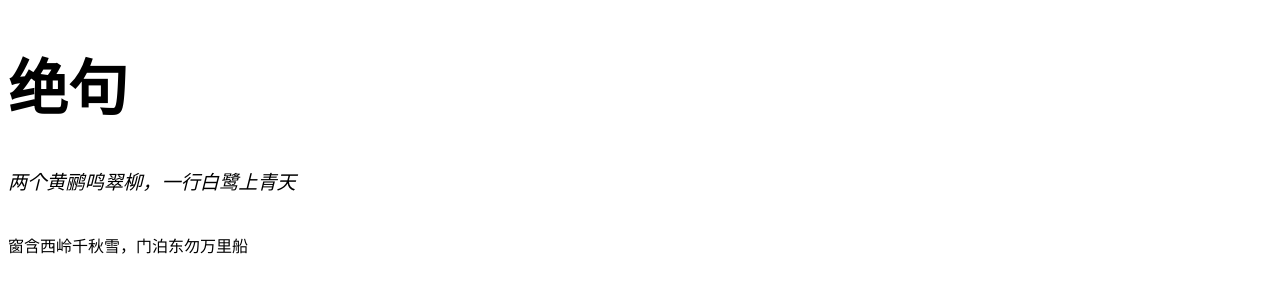
Repository: ljx1197678031/Wed-Design
Page: 01/3.html
An editor plug-in stored every save of this project. The page is shown before and after the next save, followed by the edit.
The browser window is 1280 px wide. The pictures show the whole page.

Above is the page before, as saved 2020-05-30 14:41:10.

### 01/3.html
<!DOCTYPE html>
<html lang="en">
<head>
    <meta charset="UTF-8">
    <meta name="viewport" content="width=device-width, initial-scale=1.0">
    <title>Document</title>
    <style>
        h1{
            font-family: "仿宋";
            font-size: 60px;
        }
        p{
            font-family: "微软雅黑";
            font-size: larger;
            font-style: italic;
            font-weight: ;
        }
    </style>
</head>
<body>
    <h1>绝句</h1>
    <p>两个黄鹂鸣翠柳，一行白鹭上青天</p>
    <br/>窗含西岭千秋雪，门泊东勿万里船
    </p>
</body>
</html>

After the next save:
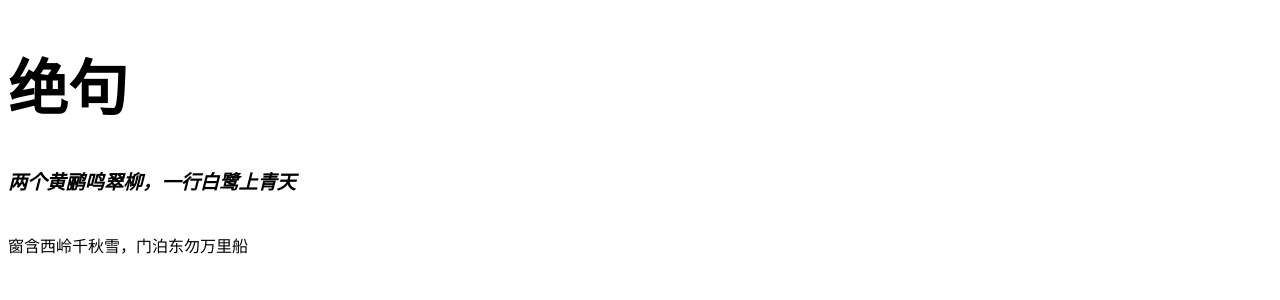
Saved 5 s later.
--- a/01/3.html
+++ b/01/3.html
@@ -13,7 +13,7 @@
             font-family: "微软雅黑";
             font-size: larger;
             font-style: italic;
-            font-weight: ;
+            font-weight: bolder;
         }
     </style>
 </head>
